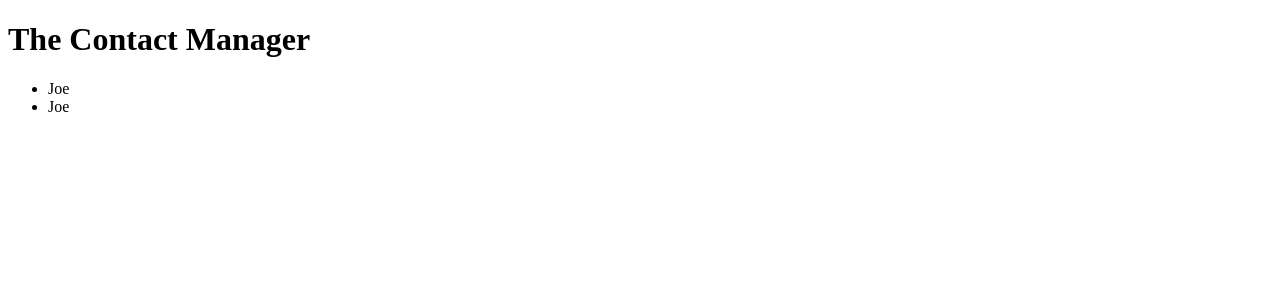
Repository: MikeTroianello/Contact-Manager
Page: /contact/add
The author's editor kept a copy of each file at every save. The page is drawn from the files as they stood at one save, then again after the next save.
The browser window is 1280 px wide. The pictures show the whole page.
The project was rebuilt for these pictures with package versions that can differ from the ones it lists, and the page was loaded fresh each time. Also part of the build but not shown: src/App.css.

Above is the page before, as saved 2019-05-18 23:40:01.

After the next save:
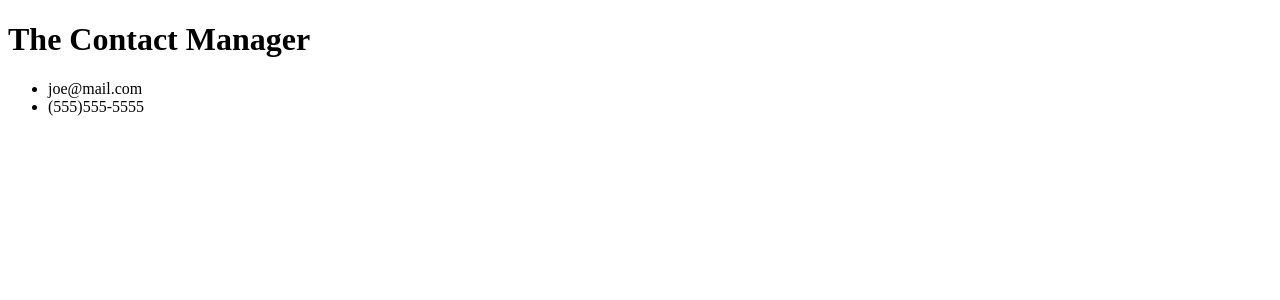
Saved 10 s later.
--- a/src/components/Contact.js
+++ b/src/components/Contact.js
@@ -6,8 +6,8 @@ class Contact extends Component {
       <div>
         <h4 />
         <ul>
-          <li>{this.props.name}</li>
-          <li>{this.props.name}</li>
+          <li>{this.props.email}</li>
+          <li>{this.props.phone}</li>
         </ul>
       </div>
     );
